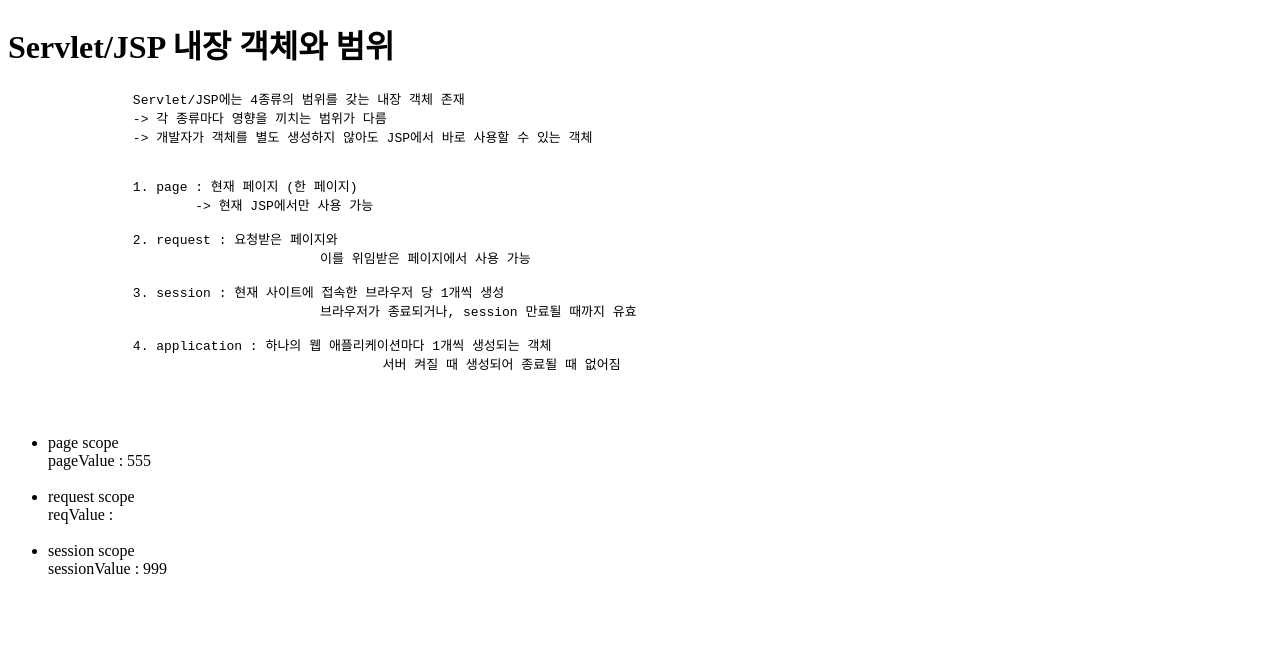
Repository: Rabsterd/6_Server
Page: http://localhost/JSPProject2/scope
These files come from the project's save history. The page is drawn as it stood at one moment and after the next save; the edit follows.
The browser window is 1280 px wide. The pictures show the whole page.
The page is served by Tomcat 9. Other server files are loaded and not shown.

Above is the page before, as saved 2023-09-19 02:22:10.

### JSPProject2/src/main/webapp/WEB-INF/views/scope/scope.jsp
<%@ page language="java" contentType="text/html; charset=UTF-8"
    pageEncoding="UTF-8"%>
<!DOCTYPE html>
<html>
<head>
<meta charset="UTF-8">
<title>Servlet/JSP 내장 객체와 범위</title>
</head>
<body>
	<h1>Servlet/JSP 내장 객체와 범위</h1>

	<pre>
		Servlet/JSP에는 4종류의 범위를 갖는 내장 객체 존재
		-> 각 종류마다 영향을 끼치는 범위가 다름
		-> 개발자가 객체를 별도 생성하지 않아도 JSP에서 바로 사용할 수 있는 객체


		1. page : 현재 페이지 (한 페이지)
			-> 현재 JSP에서만 사용 가능

		2. request : 요청받은 페이지와
					이를 위임받은 페이지에서 사용 가능

		3. session : 현재 사이트에 접속한 브라우저 당 1개씩 생성
					브라우저가 종료되거나, session 만료될 때까지 유효

		4. application : 하나의 웹 애플리케이션마다 1개씩 생성되는 객체
						서버 켜질 때 생성되어 종료될 때 없어짐


	</pre>

	<ul>
		<li>
			page scope <br>

			<%
				// pageContext : page scope 객체
				pageContext.setAttribute("pageValue", 555);
			%>

			pageValue : ${pageScope.pageValue}
		</li>

		<br>

		<li>
			request scope <br>
			reqValue : ${requstScope.reqValue}
		</li>

		<br>

		<li>
			session scope <br>
			sessionValue : ${sessionScope.sessionValue}
		</li>
	</ul>
</body>
</html>

### JSPProject2/src/main/java/edu/kh/jsp/controller/ScopeController.java
package edu.kh.jsp.controller;

import java.io.IOException;

import javax.servlet.RequestDispatcher;
import javax.servlet.ServletContext;
import javax.servlet.ServletException;
import javax.servlet.annotation.WebServlet;
import javax.servlet.http.HttpServlet;
import javax.servlet.http.HttpServletRequest;
import javax.servlet.http.HttpServletResponse;
import javax.servlet.http.HttpSession;

// 서블릿 매핑에서 유효하지 않은 url pattern
// -> 매핑할 주소 제일 앞에 "/" 반드시 작성
// -> 쓰지 않으면 에러남
@WebServlet("/scope")
public class ScopeController extends HttpServlet{

	@Override
	protected void doGet(HttpServletRequest req, HttpServletResponse resp) throws ServletException, IOException {

		RequestDispatcher dispatcher = req.getRequestDispatcher("/WEB-INF/views/scope/scope.jsp");


		// 1. page scope -> JSP에서 확인


		// 2. request scope -> 요청받은 페이지 + 위임받은 페이지
		req.setAttribute("reqValue", "1234");


		// 3. session scope -> 브라우저당 1개
		//					-> 브라우저 종료 또는 session 만료까지 유지

		// session 객체 얻어오는 방법
		HttpSession session = req.getSession();

		session.setAttribute("sessionValue", "999");


		// 4. application scope -> 서버가 켜져있는 동안 유지

		// application 객체를 얻어오는 방법
		// -> request, session 객체에서 얻어오기 가능
		ServletContext application = req.getServletContext();
		//ServletContext application = session.getServletContext();
		application.setAttribute("appValue", 10000);

		// ** 모든 scope는 속성을 세팅하고 얻어오는 방법 동일!!! **


		dispatcher.forward(req, resp);
	}
}

After the next save:
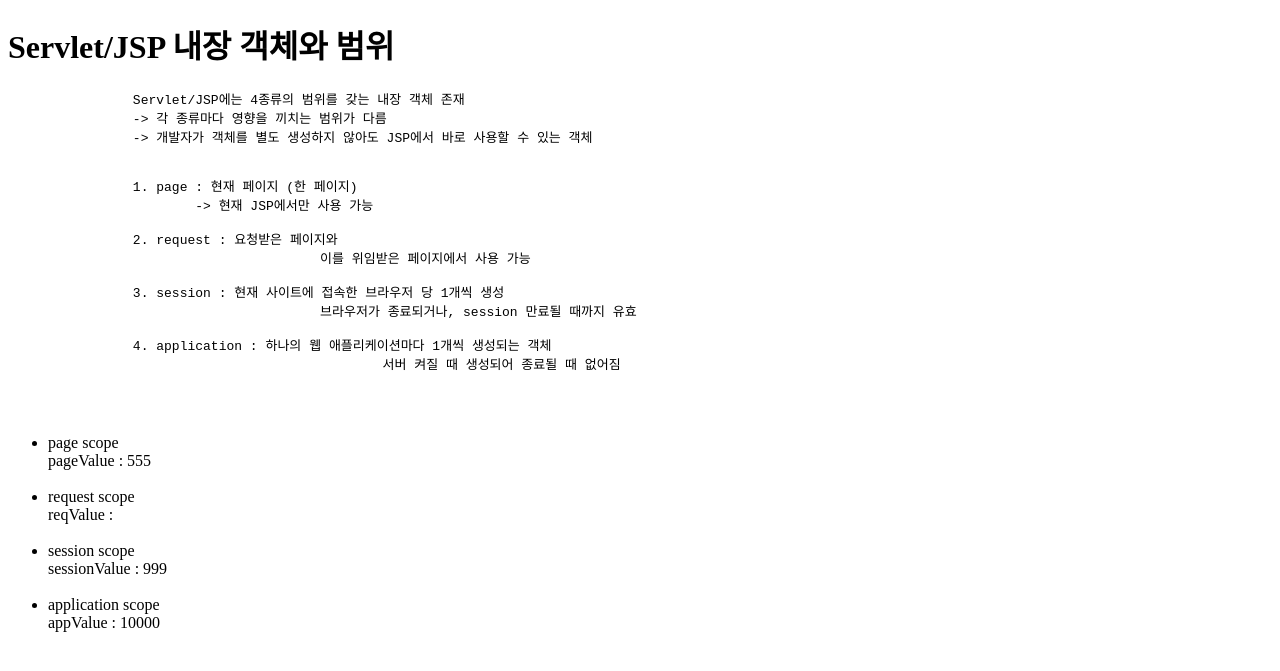
Saved 52 s later.
--- a/JSPProject2/src/main/webapp/WEB-INF/views/scope/scope.jsp
+++ b/JSPProject2/src/main/webapp/WEB-INF/views/scope/scope.jsp
@@ -55,6 +55,13 @@
 			session scope <br>
 			sessionValue : ${sessionScope.sessionValue}
 		</li>
+
+		<br>
+
+		<li>
+			application scope <br>
+			appValue : ${applicationScope.appValue}
+		</li>
 	</ul>
 </body>
 </html>
